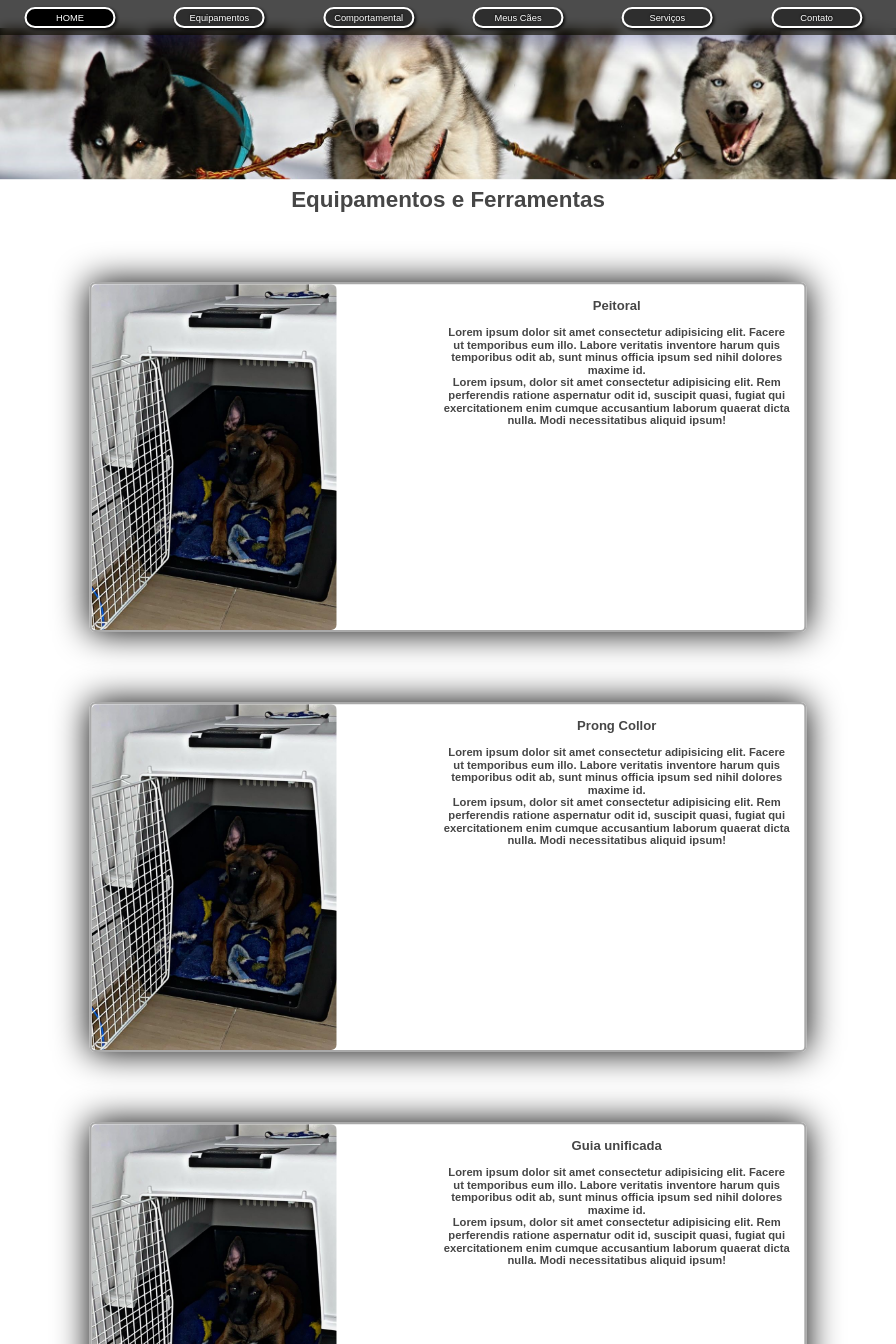
Repository: KevynMarques/Blog-React-StyledComponent
Page: /, after clicking the first element matching `button.sc-eqUAAy`
The author's editor kept a copy of each file at every save. The page is drawn from the files as they stood at one save, then again after the next save.
The browser window is 1280 px wide. The pictures show the part of the page from y = 0 to 1920 px (the page is 3403 px tall), at 70% of full size.
The project was rebuilt for these pictures with package versions that can differ from the ones it lists, and the page was loaded fresh each time.

Above is the page before, as saved 2022-02-02 14:24:20.

After the next save:
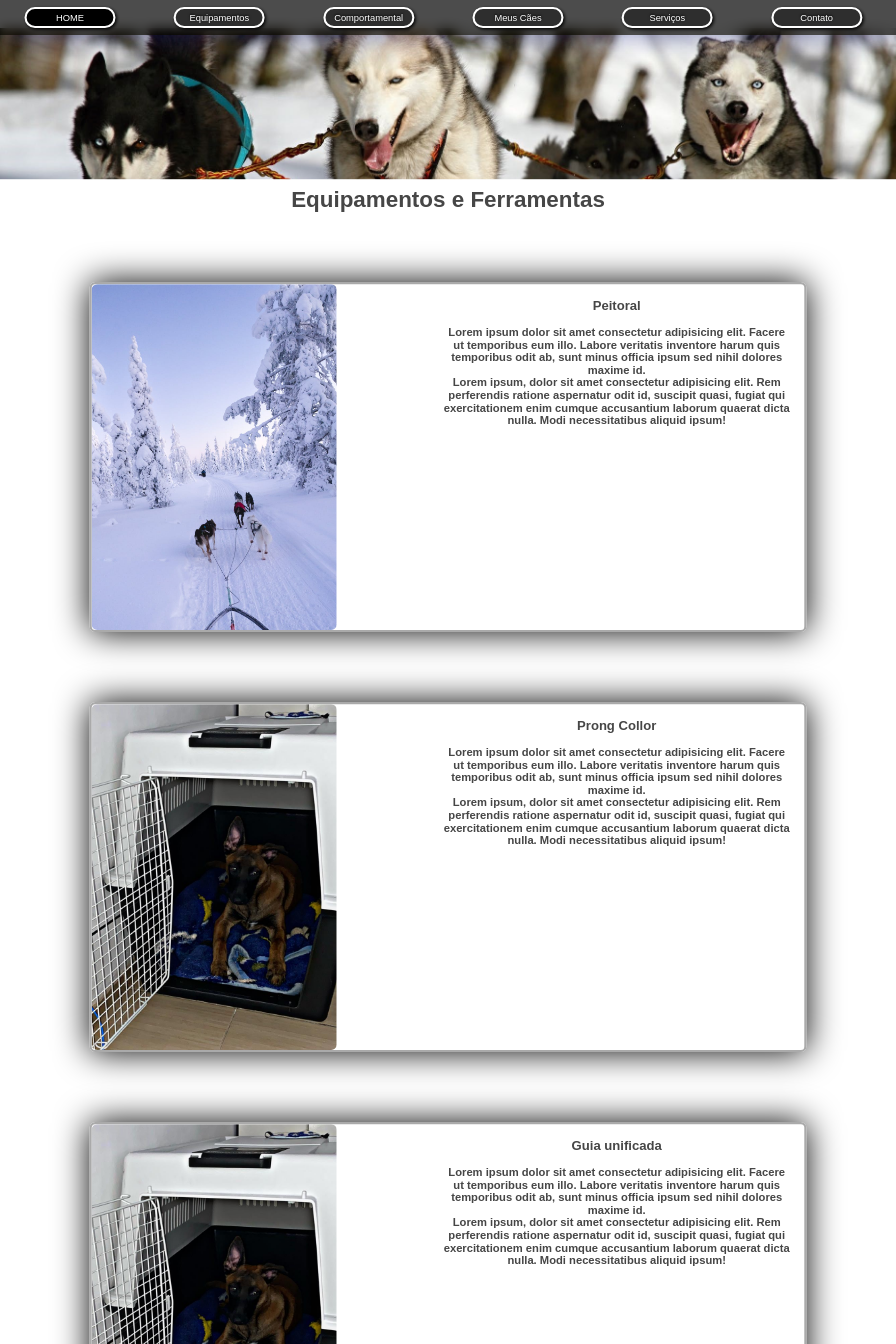
Saved 33 s later.
--- a/src/Components/Equipamentos/index.jsx
+++ b/src/Components/Equipamentos/index.jsx
@@ -26,7 +26,7 @@ export default () => {
        Lorem ipsum, dolor sit amet consectetur adipisicing elit. Rem perferendis ratione aspernatur odit id, suscipit quasi, fugiat qui exercitationem enim cumque accusantium laborum quaerat dicta nulla. Modi necessitatibus aliquid ipsum!
     </p>
     <div>
-        <img src={Caixa} />
+        <img src={Peitoral} />
        </div>
     </section>
     </Container>
